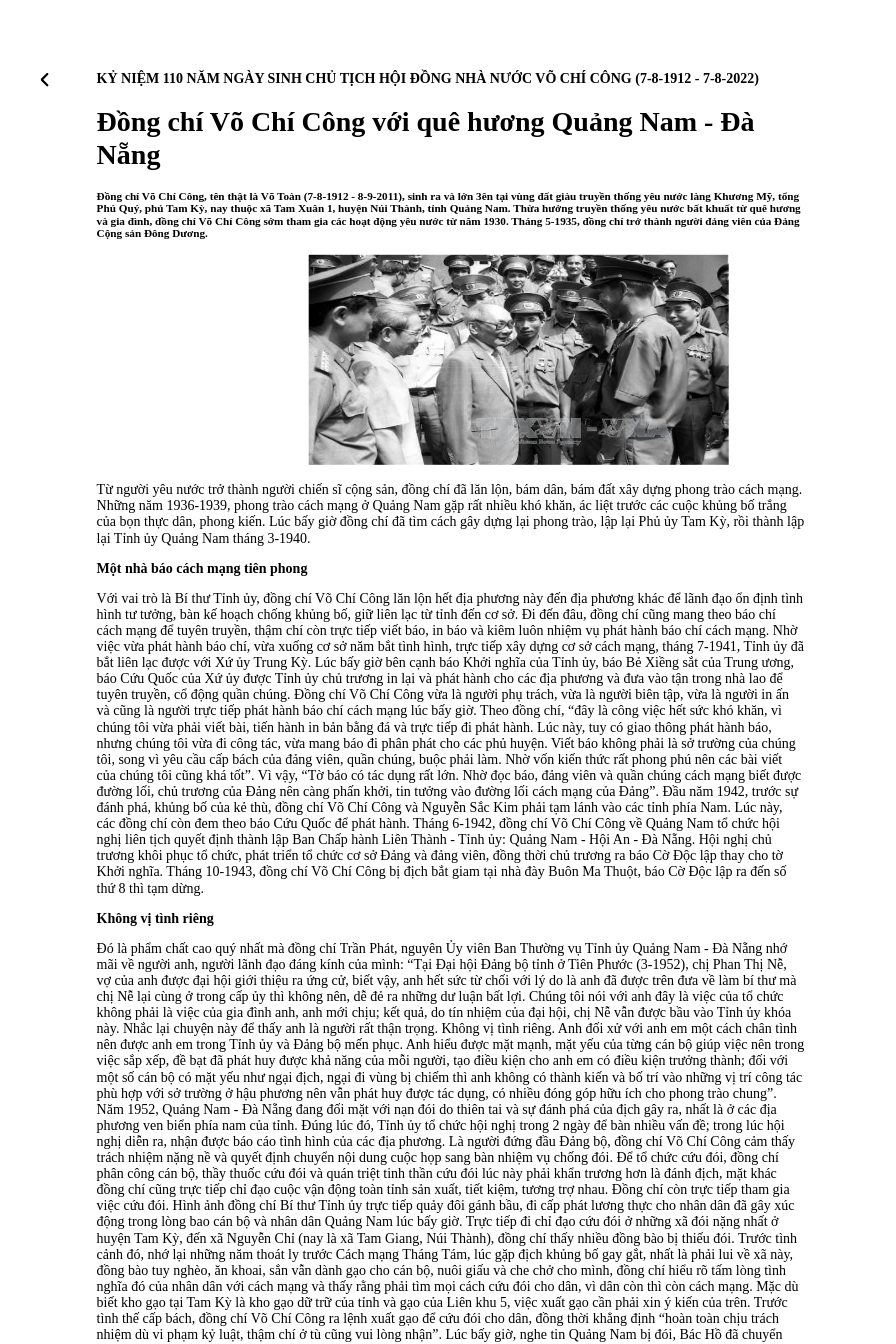
Repository: dphasst17/THPTVCC
Page: new/new_content/new_content3.html
These files come from the project's save history. The page is drawn as it stood at one moment and after the next save; the edit follows.
The browser window is 1280 px wide. The pictures show the part of the page from y = 0 to 1920 px (the page is 3105 px tall before and 3133 px after), at 70% of full size.

Above is the page before, as saved 2022-10-13 11:41:03.

After the next save:
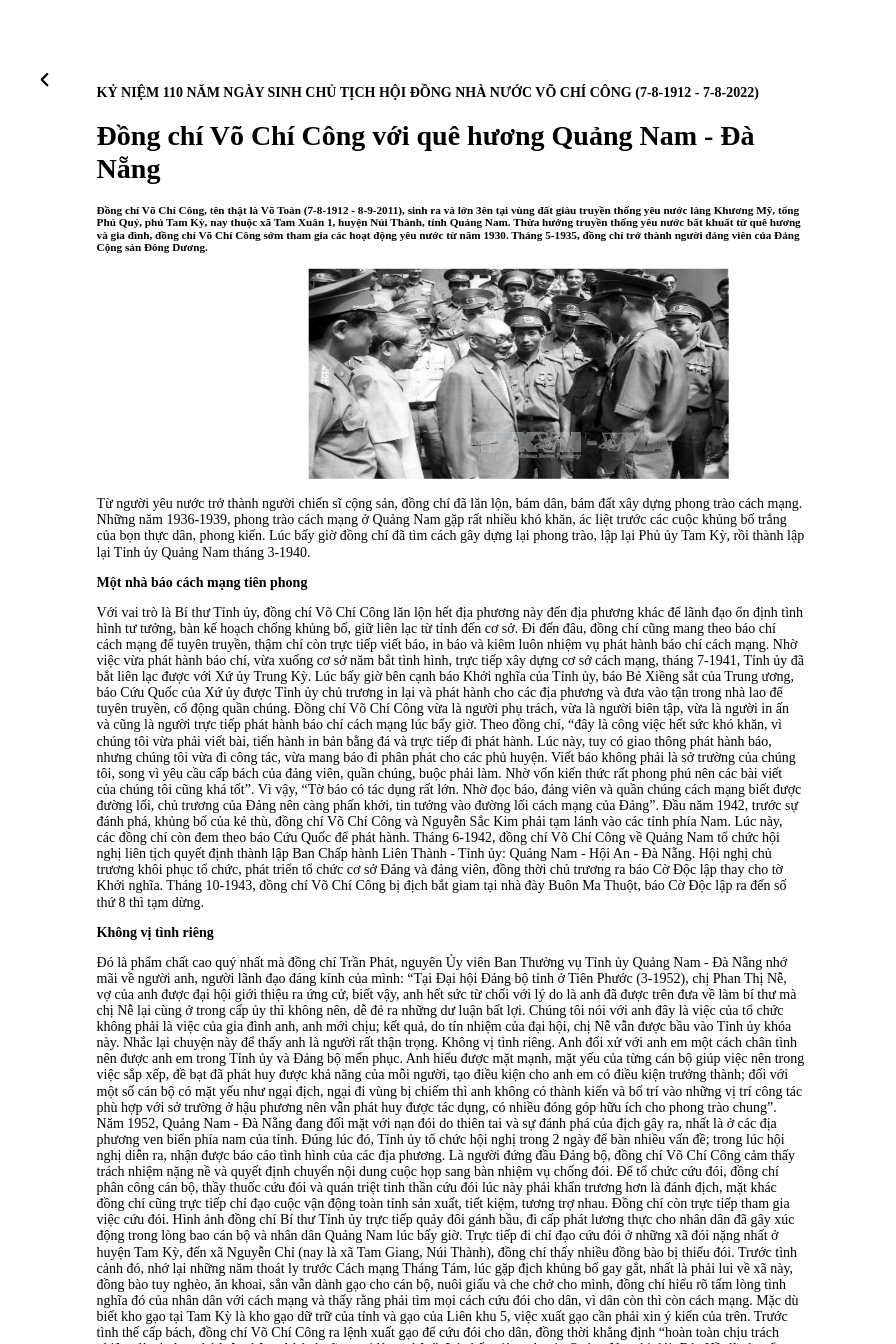
Saved 95 s later.
--- a/new/new_content/new_content3.html
+++ b/new/new_content/new_content3.html
@@ -13,7 +13,11 @@
             height:auto;
             margin-top:100px;
             margin-left:130px;
+            -ms-overflow-style: none;
+            scrollbar-width: none;
+            overflow-y: scroll;
         }
+
         p{
             font-size:20px;
         }

After the 3 saves that followed:
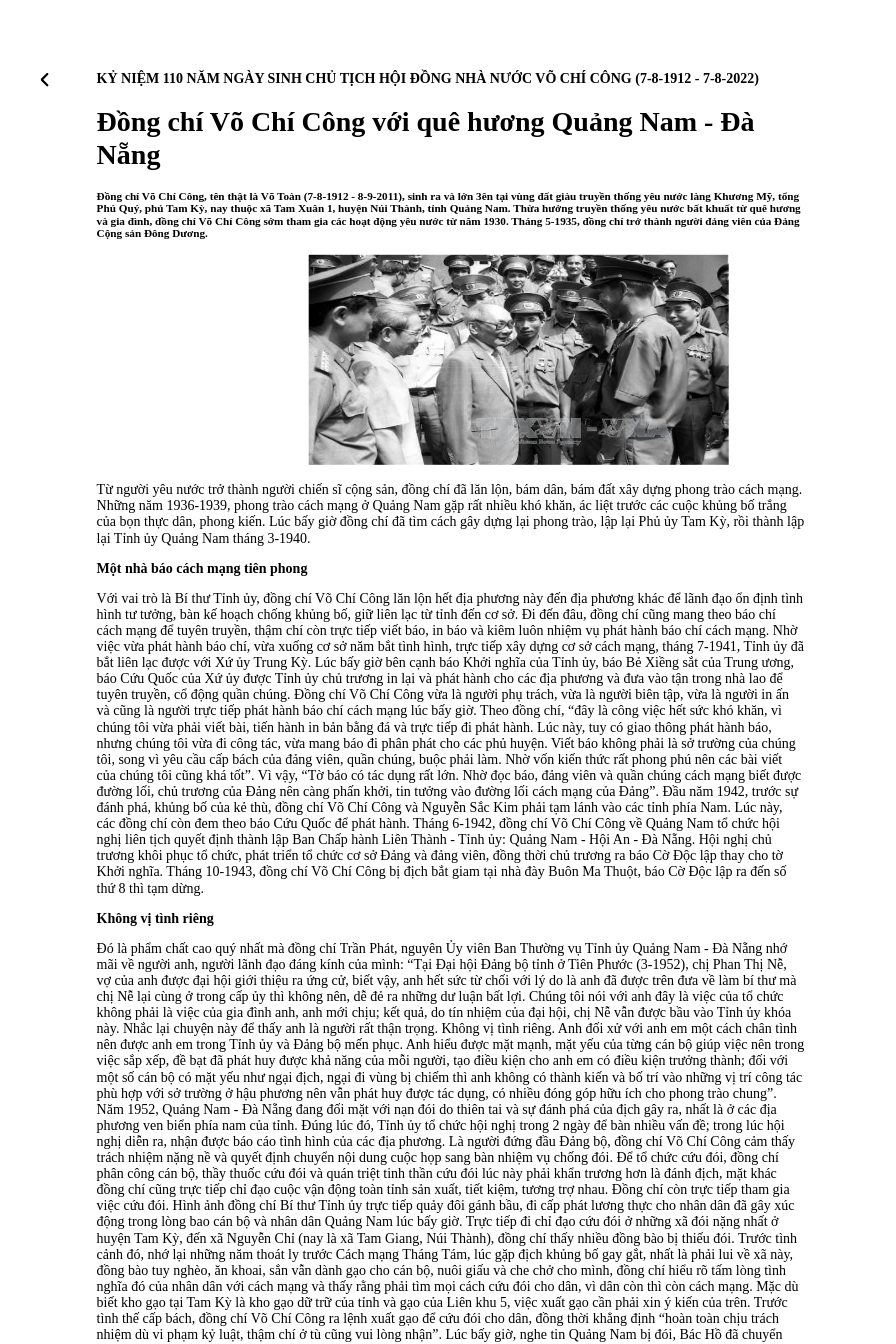
The 3 saves are shown as one change because 2 left the picture as it was.
The last was saved 45 s later.
--- a/new/new_content/new_content3.html
+++ b/new/new_content/new_content3.html
@@ -15,9 +15,7 @@
             margin-left:130px;
             -ms-overflow-style: none;
             scrollbar-width: none;
-            overflow-y: scroll;
         }
-
         p{
             font-size:20px;
         }
